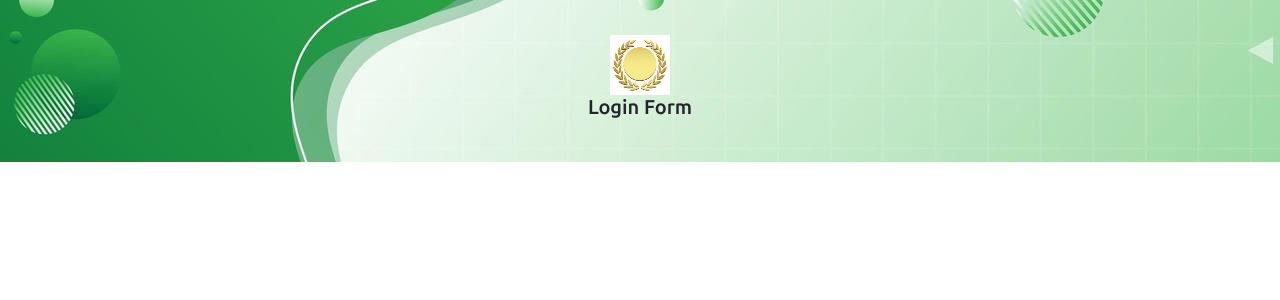
Repository: gautamsonam011/admin-react-dashboard
Page: /login
An editor plug-in stored every save of this project. The page is shown before and after the next save, followed by the edit.
The browser window is 1280 px wide. The pictures show the whole page.
The project was rebuilt for these pictures with package versions that can differ from the ones it lists, and the page was loaded fresh each time. Also part of the build but not shown: src/components/DashboardBox.jsx, src/pages/Dashboard/Dashboard.jsx.

Above is the page before, as saved 2025-04-18 23:02:45.

After the next save:
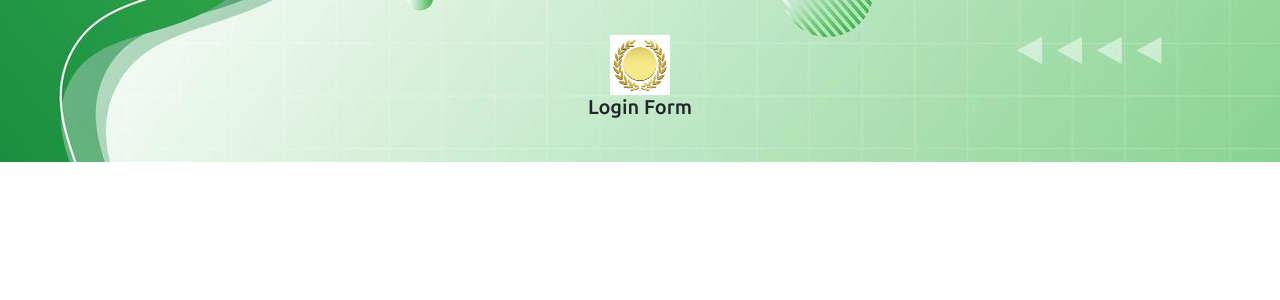
Saved 55 s later.
--- a/src/App.css
+++ b/src/App.css
@@ -120,4 +120,4 @@ position:relative; overflow:hidden;}
   width: 100%; height: 100hv; padding: 35px 25px;
 }
 
-.full{max-width: 100% !important; flex: 0 0 100% !important; width: 100% !important;background: url(./assests/bg.jpg); }
+.full{max-width: 100% !important; flex: 0 0 100% !important; width: 100% !important;background: url(./assests/bg.jpg) repeat-x top center #f4f8f7; }
